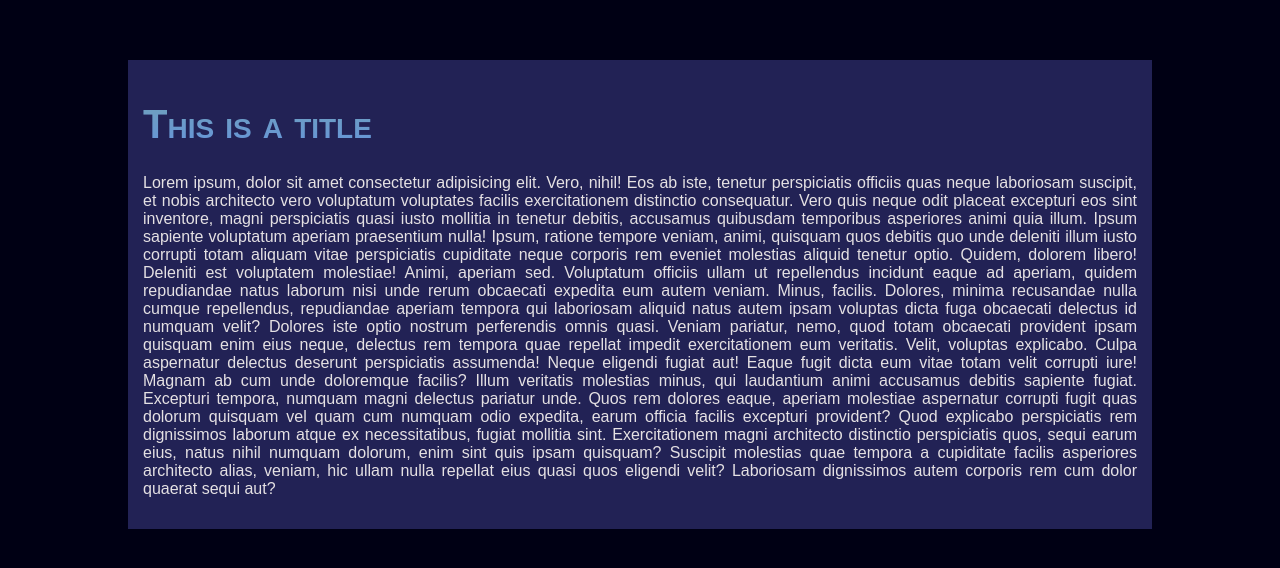
Repository: Francois-QUICODE/CSS-Micro-Projects
Page: Projects/01-Infinite-Gradient-Text.html
The author's editor kept a copy of each file at every save. The page is drawn from the files as they stood at one save, then again after the next save.
The browser window is 1280 px wide. The pictures show the whole page.
Some web fonts or font styles are not loaded; a fallback is used.

Above is the page before, as saved 2020-11-28 16:59:27.

After the next save:
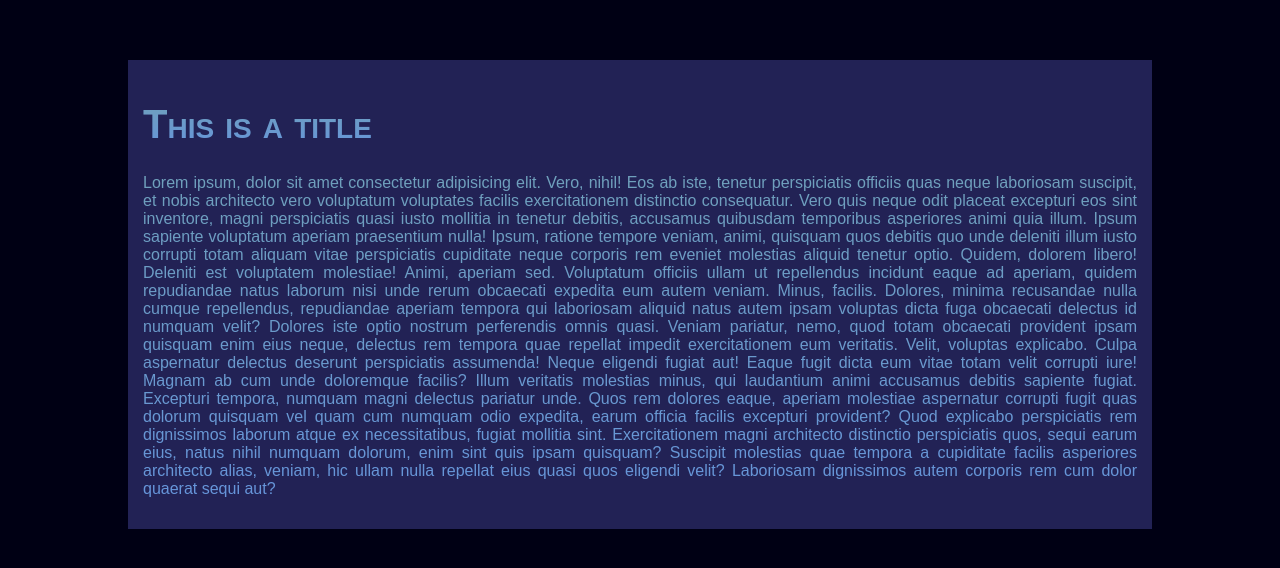
Saved 20 h 25 min later.
--- a/Projects/01-Infinite-Gradient-Text.html
+++ b/Projects/01-Infinite-Gradient-Text.html
@@ -83,6 +83,15 @@
 
           .lorem {
             text-align: justify;
+            color: transparent;
+            background: linear-gradient(0deg, #6695d7, #9ed710);
+            background-size: 600% 600%;
+            -webkit-animation: textclip 10s linear infinite;
+            -moz-animation: textclip 10s linear infinite;
+            animation: textclip 10s linear infinite;
+            background-clip: text;
+            -webkit-background-clip: text;
+            -moz-background-clip: text;
           }
 
 
